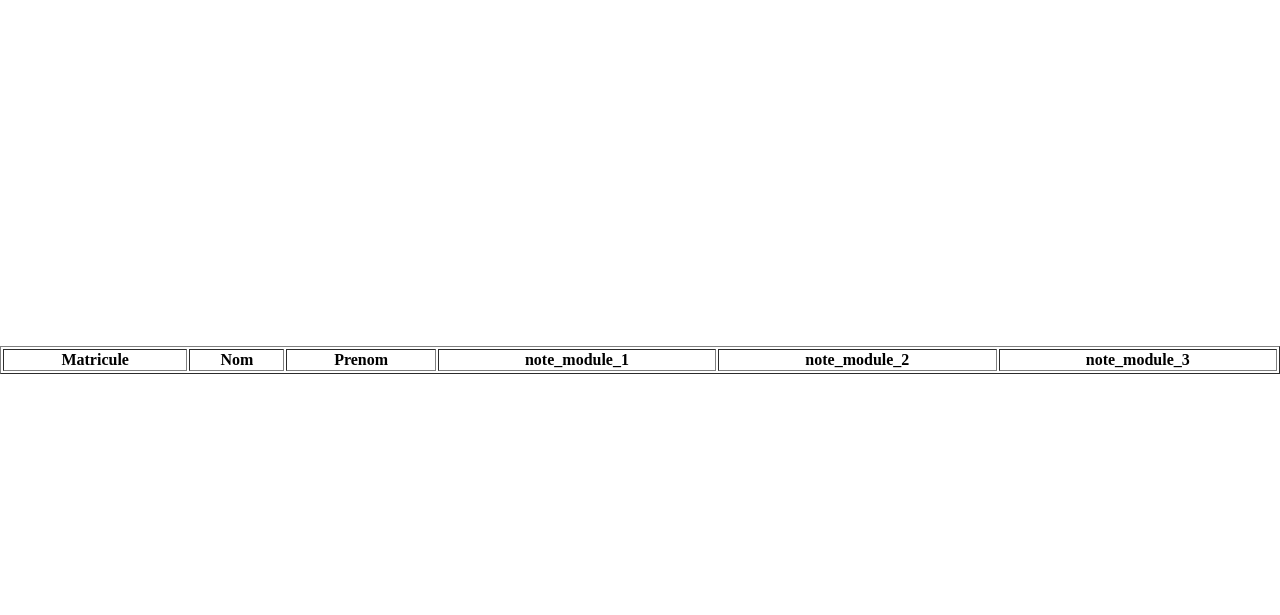
Repository: tt5300447/parakeet
Page: http://localhost/
The author's editor kept a copy of each file at every save. The page is drawn from the files as they stood at one save, then again after a run of saves.
The browser window is 1280 px wide. The pictures show the whole page.
The page is run by PHP 8.4 with error messages shown; the project is at /var/www/html/. Queries for data that is not in the repository find no rows.

Above is the page before, as saved 2022-06-19 15:49:26.

### Copier/htdocs/Liste/index.php
<!DOCTYPE html>
<html lang="en">
<head>
    <meta charset="UTF-8">
    <meta http-equiv="X-UA-Compatible" content="IE=edge">
    <meta name="viewport" content="width=device-width, initial-scale=1.0">
    <title>Document</title>
    <link rel="stylesheet" href="style.css">
</head>
<body>
    <div class="center">
    <?php
$servername = "localhost";
$username = "root";
$password = "";
$db = "scolarite";
// Create connection
$conn = new mysqli($servername, $username, $password,$db);
// Check connection
if (mysqli_connect_errno())
{
echo "Failed to connect to MySQL: " . mysqli_connect_error();
}

$result = $conn->query("SELECT * FROM Etudiant");

echo "<table border='1'>
<tr>
<th>Matricule</th>
<th>Nom</th>
<th>Prenom</th>
<th>note_module_1</th>
<th>note_module_2</th>
<th>note_module_3</th>

</tr>";

while($row = mysqli_fetch_array($result))
{
echo "<tr>";
echo "<td>" . $row['matricule'] . "</td>";
echo "<td>" . $row['nom'] . "</td>";
echo "<td>" . $row['prenom'] . "</td>";
echo "<td>" . $row['note_module_1'] . "</td>";
echo "<td>" . $row['note_module_2'] . "</td>";
echo "<td>" . $row['note_module_3'] . "</td>";
echo "</tr>";
}
echo "</table>";

mysqli_close($conn);
?>
</div>
</body>
</html>

### Copier/htdocs/Liste/style.css
html,
body {
    margin: 0;
    padding: 0;
    width: 100%;
    height: 100%;
    display: table;
}

.center {
    display: table-cell;
    text-align: center;
    vertical-align: middle;
}

table {
    width: 100%;
}

After the next 2 saves:
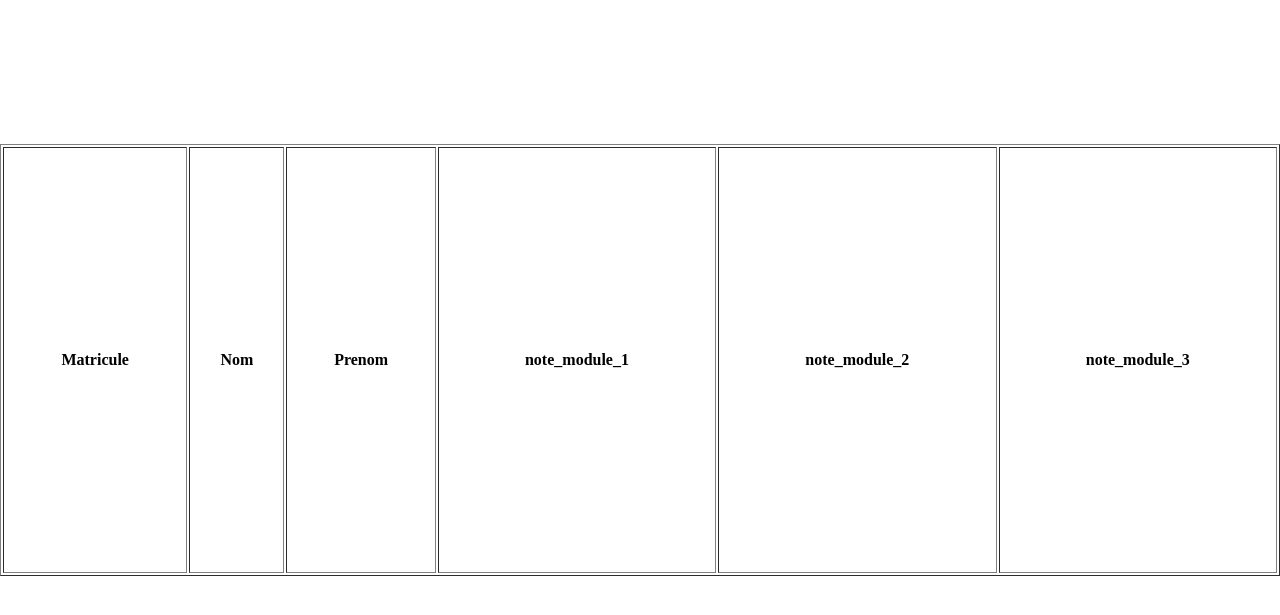
The 2 saves are shown as one change because they came seconds apart.
The last was saved 13 s later.
--- a/Copier/htdocs/Liste/style.css
+++ b/Copier/htdocs/Liste/style.css
@@ -15,4 +15,5 @@ body {
 
 table {
     width: 100%;
+    height: 60%;
 }
